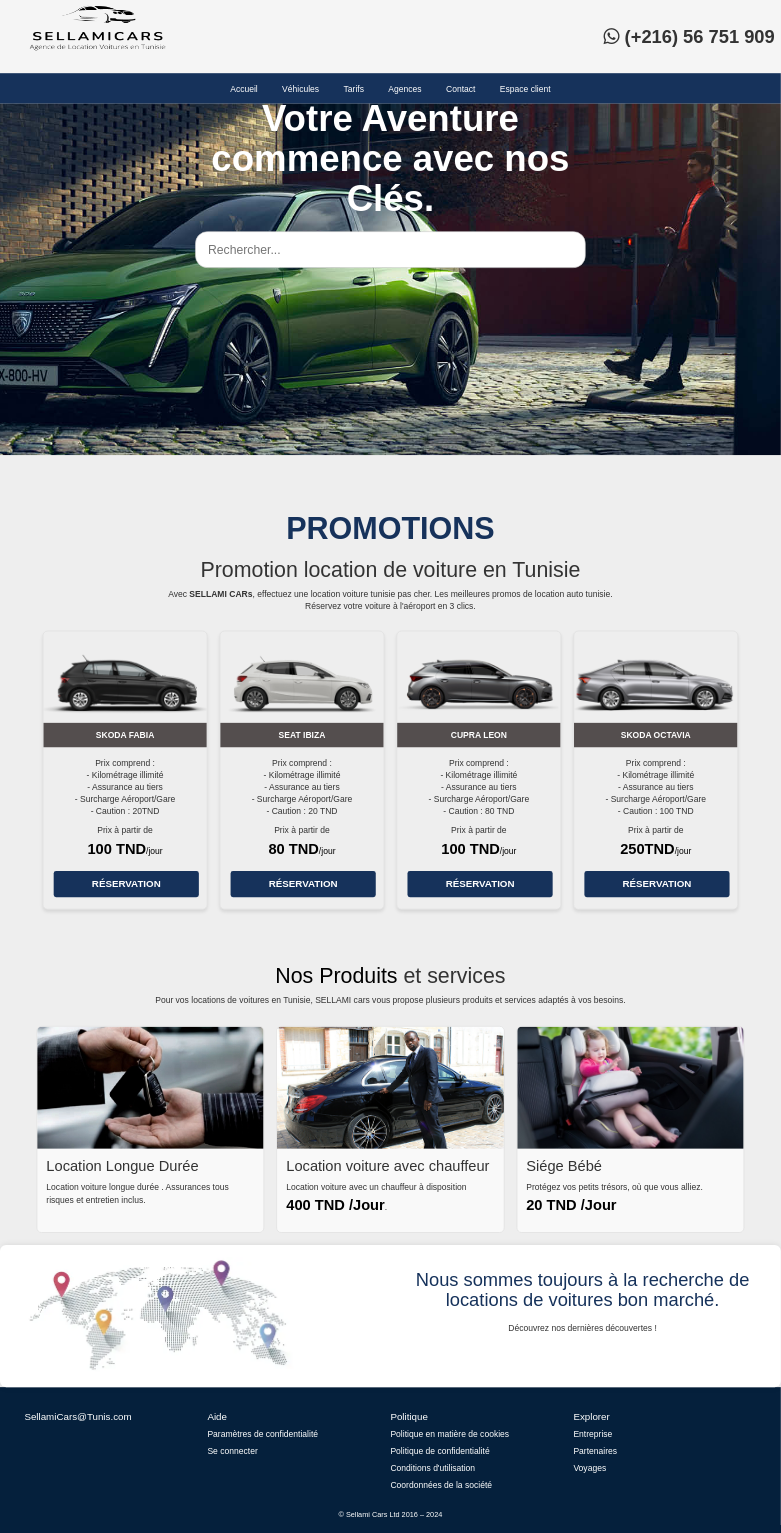
Repository: Mohamed-Ali-Sellami/Location_Voitures
Page: / (app in client/)
The author's editor kept a copy of each file at every save. The page is drawn from the files as they stood at one save, then again after the next save.
The browser window is 1280 px wide. The pictures show the whole page, at 61% of full size.
The page's requests for data from a server got no answer. Some web libraries are served in a nearby version. The project was rebuilt for these pictures with package versions that can differ from the ones it lists, and the page was loaded fresh each time. No one was signed in, and anything a server would have sent is missing. Also part of the build but not shown: client/src/components/Register.js, client/src/components/Login.js, client/src/routes/PrivateRoute.js, client/src/components/Agences.js, client/src/components/styles/Voitures.css, client/src/components/Cart.js, client/src/components/Voitures.js, client/src/components/styles/Taarifs.css and 2 more. Imported but missing from the stored project, and not drawn on this page: client/src/components/Profil.

Above is the page before, as saved 2024-10-01 16:21:35.

### client/public/index.html
<!DOCTYPE html>
<html lang="en">
  <head>
    <meta charset="utf-8" />
    <link rel="icon" href="%PUBLIC_URL%/favicon.ico" />
    <meta name="viewport" content="width=device-width, initial-scale=1" />
    <meta name="theme-color" content="#000000" />
    <meta
      name="description"
      content="Web site created using create-react-app"
    />
    <link
      rel="stylesheet"
      href="https://netdna.bootstrapcdn.com/bootstrap/3.0.2/css/bootstrap.min.css"
    />
    <link rel="stylesheet" href="https://cdnjs.cloudflare.com/ajax/libs/font-awesome/6.6.0/css/all.min.css" />
    <link rel="apple-touch-icon" href="%PUBLIC_URL%/logo192.png" />
    <!--
      manifest.json provides metadata used when your web app is installed on a
      user's mobile device or desktop. See https://developers.google.com/web/fundamentals/web-app-manifest/
    -->
    <link rel="manifest" href="%PUBLIC_URL%/manifest.json" />
    <!--
      Notice the use of %PUBLIC_URL% in the tags above.
      It will be replaced with the URL of the `public` folder during the build.
      Only files inside the `public` folder can be referenced from the HTML.

      Unlike "/favicon.ico" or "favicon.ico", "%PUBLIC_URL%/favicon.ico" will
      work correctly both with client-side routing and a non-root public URL.
      Learn how to configure a non-root public URL by running `npm run build`.
    -->
    <title>Location_Voiture</title>
  </head>
  <body>
    <noscript>You need to enable JavaScript to run this app.</noscript>
    <div id="root"></div>
    <!--
      This HTML file is a template.
      If you open it directly in the browser, you will see an empty page.

      You can add webfonts, meta tags, or analytics to this file.
      The build step will place the bundled scripts into the <body> tag.

      To begin the development, run `npm start` or `yarn start`.
      To create a production bundle, use `npm run build` or `yarn build`.
    -->
  </body>
</html>

### client/src/index.js
import React from "react";
import ReactDOM from "react-dom";
import "./index.css";
import App from "./App";
import reportWebVitals from "./reportWebVitals";
import { BrowserRouter } from "react-router-dom";
import { Provider } from "react-redux";
import { store } from "./JS/store";
ReactDOM.render(
  <React.StrictMode>
    <Provider store={store}>
      <BrowserRouter>
        <App />
      </BrowserRouter>
    </Provider>
  </React.StrictMode>,
  document.getElementById("root")
);

// If you want to start measuring performance in your app, pass a function
// to log results (for example: reportWebVitals(console.log))
// or send to an analytics endpoint. Learn more: https://bit.ly/CRA-vitals
reportWebVitals();

### client/src/App.js

import "./App.css";
import { Routes, Route, useNavigate } from "react-router-dom";
import Register from "./components/Register";
import Login from "./components/Login";
import { useEffect } from "react";
import { useDispatch } from "react-redux";
import { logout, userCurrent } from "./JS/userSlice";
import Profil from "./components/Profil";
import PrivateRoute from "./routes/PrivateRoute";
import Home from "./components/Home";
import Agences from "./components/Agences";
import Voitures from "./components/Voitures";
import { getcar } from "./JS/carSlice";
import Taarifs from "./components/Taarifs";
import ContactUs from "./components/ContactUs";

function App() {
  const isAuth = localStorage.getItem("token");
  const dispatch = useDispatch();
  const navigate = useNavigate();


  useEffect(() => {
    if (isAuth) {
      dispatch(userCurrent());
    }

    dispatch(getcar());

  }, []);






  return (
    <div className="App">
      {/* <div className="header">
        <h1>Auth workshop</h1>
        {isAuth ? (
          <button
            onClick={() => {
              dispatch(logout());
              navigate("/");
            }}
          >
            Logout
          </button>
        ) : null}
      </div> */}

      <Routes>
        <Route exact path="/" element={<Home />} />
        <Route path="/register" element={<Register />} />
        <Route path="/login" element={<Login />} />
        <Route path="/voitures"  element={<Voitures />} />
        <Route path="/agences" element={<Agences />} />
        <Route path="/tarifs" element={<Taarifs />} />
        <Route path="/contact" element={<ContactUs />} />






        <Route element={<PrivateRoute />}>
        <Route path="/profil" element={<Profil />} />


        </Route>{" "}
      </Routes>
    </div>
  );
}

export default App;

### client/src/JS/store.js
import { configureStore } from "@reduxjs/toolkit";
import userSlice from "./userSlice";
import carSlice from "./carSlice";

export const store = configureStore({
  reducer: { user: userSlice,car:carSlice},
});

### client/src/App.css
body {
  background: #eee !important;
}

.wrapper {
  margin-top: 80px;
  margin-bottom: 80px;

}

.form-signin {
  max-width: 380px;
  padding: 30px;
  margin: 0 auto;
  background-color: #fff;
  border: 1px solid rgba(0, 0, 0, 0.1);
}

.form-signin input {

padding: 5px;
margin: 5px;

}
.checkbox {
  font-weight: normal;
}

.form-control {
  position: relative;
  font-size: 16px;
  height: auto;
  padding: 10px;
}

input[type="text"] {
  margin-bottom: -1px;
  border-bottom-left-radius: 0;
  border-bottom-right-radius: 0;
}

input[type="password"] {
  margin-bottom: 20px;
  border-top-left-radius: 0;
  border-top-right-radius: 0;
}

.header {
  width: 100%;
  height: 150px;
  background-color:#16325B(47, 101, 187);
  display: flex;
  justify-content: center;
  align-items: center;
  color: white;
}

### client/src/components/Home.js
import React from 'react'
import Navbar from './Navbar'
import Banniere from './Banniere'
import Section1 from './Section1'
import Section2 from './Section2'
import Section3 from './Section3'
import Footer from './Footer'


const Home = () => {
  return (
    <div>
      <Navbar/>
      <Banniere/>
      <Section1/>
      <Section2/>
      <Section3/>
      <Footer/>



    </div>
  )
}

export default Home

### client/src/JS/carSlice.js
import { createAsyncThunk, createSlice } from '@reduxjs/toolkit'
import axios from 'axios'


/////////////////////////GET/////////////////////////////////////
export const getcar=createAsyncThunk('/getcar',async()=> {

try {

 let resultat= axios.get('http://localhost:5600/car/all')
 return await resultat;

} catch (error) {
    console.log(error)
}
})
/////////////////////////ADD//////////////////////////////////////////
export const addcar=createAsyncThunk('/addcar',async(newcar)=> {

  try {

   let resultat= axios.post('http://localhost:5600/car/add',newcar)
   return await resultat;

  } catch (error) {
      console.log(error)
  }
  })
//////////////////////delete////////////////////////////////////////

export const deletecar=createAsyncThunk('/deletecar',async(id)=> {

  try {

   let resultat= axios.delete(`http://localhost:5600/car/${id}`)
   return await resultat;

  } catch (error) {
      console.log(error)
  }
  })
///////////////////////////update////////////////////////////////
export const updatecar=createAsyncThunk('/updatecar',async({id,upcar})=> {

  try {

   let resultat= axios.put(`http://localhost:5600/car/${id}`,upcar)
   return await resultat;

  } catch (error) {
      console.log(error)
  }
  })


const initialState = {
    car:null,
    status:null ,

}

export const carSlice = createSlice({
  name: 'tasks',
  initialState,
  reducers: {},
  extraReducers: (builder) => {
builder

//get
.addCase (getcar.pending , (state) => {
state.status ="pending";
})

.addCase (getcar.fulfilled, (state,action) => {
state.status ="success"
state.car=action.payload?.data?.car ;
})

.addCase(getcar.rejected , (state) => {

    state.status="fail";
})

//add
.addCase (addcar.pending , (state) => {
  state.status ="pending";
  })

  .addCase (addcar.fulfilled, (state) => {
  state.status ="success"

  })

  .addCase(addcar.rejected , (state) => {

      state.status="fail";
  })

  //delete

  .addCase (deletecar.pending , (state) => {
    state.status ="pending";
    })

    .addCase (deletecar.fulfilled, (state) => {
    state.status ="success"

    })

    .addCase(deletecar.rejected , (state) => {

        state.status="fail";
    })

    //Update
    .addCase (updatecar.pending , (state) => {
      state.status ="pending";
      })

      .addCase (updatecar.fulfilled, (state) => {
      state.status ="success"

      })

      .addCase(updatecar.rejected , (state) => {

          state.status="fail";
      })





  }
})

// Action creators are generated for each case reducer function
export const {} = carSlice.actions

export default carSlice.reducer

### client/src/components/Navbar.js
import React from 'react'
import './styles/Navbar.css'
import { Link } from 'react-router-dom'
import imagelogo from "./images/logo.png"
const Navbar = () => {
  return (
    <div>
       <header>
        <div className="logo">
        <img src={imagelogo} alt="logo"/>
         </div>

        <div className="contact"> <i class="fa-brands fa-whatsapp"></i>  (+216)  56 751 909</div>
    </header>

    <nav>
        <ul>
        <Link to="/"><li>Accueil</li> </Link>
            <Link to="/voitures">  <li>Véhicules</li></Link>
            <Link to="/tarifs"> <li>Tarifs</li> </Link>
         <Link to="/agences"> <li>Agences</li></Link>
         <Link to="/contact">  <li>Contact</li></Link>
            <Link to="/login"><li>Espace client</li></Link>
        </ul>
    </nav>

    </div>
  )
}

export default Navbar

### client/src/components/Banniere.js
import React from 'react'
import './styles/Banniere.css'
import image from './images/banniere.jpg'
const Banniere = () => {
  return (
    <div>
      <div class="car-image">
            <img src={image} alt="Voiture de location"/>


            <div class="banner">
            <h1>Votre Aventure commence avec nos Clés.</h1>
      <div class="search-container">
        <input type="text" placeholder="Rechercher..." />
        <button>
          <i class="fa fa-search"></i>
        </button>
      </div>
    </div>


        </div>

    </div>
  )
}

export default Banniere

### client/src/components/Section2.js
import React from 'react'
import './styles/Section2.css'
import img1 from './images/longueduree.jpg'
import img2 from './images/choffeur.jpg'
import img3 from './images/siegebebe.jpg'

const Section2 = () => {
  return (
    <div class="section2">

<h1><span>Nos Produits</span> et services</h1>
    <p class="subtitle">Pour vos locations de voitures en Tunisie, SELLAMI cars vous propose plusieurs produits et services adaptés à vos besoins.</p>

    <div class="products-grid">
        <div class="product-card">
            <img src={img1} alt="Location Longue Durée" class="product-image"/>
            <div class="product-info">
                <h3>Location Longue Durée</h3>
                <p>Location voiture longue durée . Assurances tous risques et entretien inclus.</p>
            </div>
        </div>

        <div class="product-card">
            <img src={img2} alt="Location voiture avec chauffeur" class="product-image"/>
            <div class="product-info">
                <h3>Location voiture avec chauffeur</h3>
                <p>Location voiture avec un chauffeur à disposition  <br/> <span class="price">400 TND /Jour</span>.</p>
            </div>
        </div>

        <div class="product-card">
            <img src={img3} alt="GPS" class="product-image"/>
            <div class="product-info">
                <h3>Siége Bébé</h3>
                <p>Protégez vos petits trésors, où que vous alliez. <br/> <span class="price">20 TND /Jour</span></p>
            </div>
        </div>
    </div>

    </div>
  )
}

export default Section2

### client/src/components/Section3.js
import React from 'react'
import './styles/Section3.css'
import image33 from './images/section3.webp'
const Section3 = () => {
  return (
    <div>
      <div className='section3'>
    <div class="container3">
        <div class="map">
            <img src={image33} alt="World Map"/>
        </div>
        <div class="text33">
            <h2>Nous sommes toujours à la recherche de locations de voitures bon marché.</h2>
            <p>Découvrez nos dernières découvertes !</p>
        </div>
    </div>
</div>
    </div>
  )
}

export default Section3

### client/src/components/Footer.js
import React from 'react'
import { Link } from 'react-router-dom'
import './styles/Footer.css'

const Footer = () => {
  return (
    <div>

      <div className='body'>
    <footer class="footer">
        <div class="footer-content">
            <div class="footer-column">
                <h3 class="contactt">SellamiCars@Tunis.com</h3>
            </div>
            <div class="footer-column">
                <h3>Aide</h3>
                <ul>
                    <li><a href="#">Paramètres de confidentialité</a></li>
                    <Link to="/login">   <li><a href="#">Se connecter</a></li> </Link>
                </ul>
            </div>
            <div class="footer-column">
                <h3>Politique</h3>
                <ul>
                    <li><a href="#">Politique en matière de cookies</a></li>
                    <li><a href="#">Politique de confidentialité</a></li>
                    <li><a href="#">Conditions d'utilisation</a></li>
                    <li><a href="#">Coordonnées de la société</a></li>
                </ul>
            </div>
            <div class="footer-column">
                <h3>Explorer</h3>
                <ul>
                    <li><a href="#">Entreprise</a></li>
                    <li><a href="#">Partenaires</a></li>
                    <li><a href="#">Voyages</a></li>
                </ul>
            </div>
        </div>
        <div class="footer-bottom">
            © Sellami Cars Ltd 2016 – 2024
        </div>
    </footer>
</div>


    </div>
  )
}

export default Footer

### client/src/components/styles/Agences.css
.contentagences {
    font-family: Arial, sans-serif;
    margin: 0;
    padding: 0;
    background-color: #f0f0f0;
    width: 100%;
}
.titleagences {
    background-color: #16325B;
    color: white;
    text-align: center;
    padding: 20px;
}
.containeragences {
    max-width: 2000px;
    margin: 0 auto;
    padding: 0px;

}
.contentagences {
    background-color: white;
    padding: 20px;
    box-shadow: 0 0 10px rgba(0,0,0,0.1);


}
h2 {
    color: #16325B;
}
.agency {
    margin-bottom: 20px;
    border-bottom: 1px solid #e0e0e0;
    padding-bottom: 15px;
}
.contact-infoagences {
    margin-top: 10px;
}

### client/src/components/styles/ContactUs.css
* {
    margin: 0;
    padding: 0;
    box-sizing: border-box;
  }

  body {
    font-family: Arial, sans-serif;
    background-color: #f4f4f4;
  }

  .contact-container {
    background-color: #fff;
    padding: 40px;
    border-radius: 10px;
    box-shadow: 0 2px 10px rgba(0, 0, 0, 0.1);
    width: 1000px;
    max-width: 100%;
    margin: 50px auto;
  }

  .contact-title {
    text-align: center;
    margin-bottom: 30px;
    margin-top: 20px;
    color: #16325B;
  }

  form {
    display: flex;
    flex-direction: column;
  }

  label {
    margin-bottom: 8px;
    font-weight: bold;
    color: #333;
    padding-top: 15px;
  }

  input, textarea {
    margin-bottom: 15px;
    padding: 10px;
    font-size: 16px;
    border: 1px solid #ccc;
    border-radius: 5px;
  }

  input:focus, textarea:focus {
    border-color: #16325B;
    outline: none;
  }

  button {
    padding: 10px 15px;
    font-size: 18px;
    background-color: #16325B;
    color: #fff;
    border: none;
    border-radius: 5px;
    cursor: pointer;
  }

  button:hover {
    background-color: #0056b3;
  }

### client/src/components/styles/Navbar.css
header {
    background-color: #F5F5F5;
    padding: 10px;
    display: flex;
    justify-content: space-between;
    align-items: center;
    height: 120px;
}
nav {
    background-color: #16325B;
    color: white;
    display: flex;
    justify-content: space-around;

}
.logo h1 span {
font-weight: bold;
}
.logo img {
    height: 240px;
    width:300px;
    padding: 25px;
    font-size: 20px;
}
nav ul {
    list-style-type: none;
    padding: 0;
    margin: 0;
    display: flex;
}
nav ul li {
    padding: 15px 20px;
    color: white;
    text-decoration: none;

}
.logo {
    font-weight: bold;
}

.logo span {
    color: #16325B;
    height: 20px;
    font-size: 40px;
}
.contact {
    font-weight: bold;
    font-size: 30px;
}

### client/src/components/styles/Banniere.css
.car-image{
  width: 100%;
  height: 100%;}

.car-image img {
    width: 100%;
    height: 80vh;
    object-fit: cover;

}

.search-container {
    display: flex;
    align-items: center;
    background-color: white;
    border: 1px solid #ccc;
    border-radius: 20px;
    padding: 5px 10px;
  }

  .search-container input {
    border: none;
    outline: none;
    font-size: 20px;
    flex-grow: 1;
  }

  .search-container button {
    background-color: transparent;
    border: none;
    outline: none;
    cursor: pointer;
  }
  .banner {
    position: absolute;
    top: 80%;
    left: 50%;
    transform: translate(-50%, -50%);
    text-align: center;
    width: 50%;
  }
  .banner h1 {
    color: white;
    font-size: 6rem;
    font-weight: bold;
    margin-bottom: 20px;
  }

### client/src/components/styles/Section1.css
.container {
    max-width:1200px;
    max-height: 1000px;
    margin-top:500px ;
    padding-top : auto;

}
.container h2 {
 font-size: 50px;
 font-weight: bold;

}
h1, h2 {
    text-align: center;
}
.description {
    text-align: center;
    margin-bottom: 30px;
}
.car-grid {
    display: grid;
    grid-template-columns: repeat(auto-fit, minmax(250px, 1fr));
    gap: 20px;
}
.car-card {
    border: 1px solid #ddd;
    border-radius: 8px;
    overflow: hidden;
    box-shadow: 0 4px 6px rgba(0, 0, 0, 0.1);
    margin-bottom: 50px;
}
.car-image {
    width: 100%;
    height: 150px;
    object-fit: cover;
}
.car-name {
    background-color: #333;
    color: white;
    padding: 10px;
    text-align: center;
    font-weight: bold;
}
.car-price {
    padding: 15px;
    text-align: center;
}
.price-label {
    font-size: 14px;
    margin-bottom: 5px;
}
.price {
    font-size: 24px;
    font-weight: bold;
    margin-bottom: 15px;
}
.price span {
    font-size: 14px;
    font-weight: normal;
}
.reservation-btn {
    background-color:#16325B;
    border: none;
    color: white;
    padding: 10px 15px;
    text-align: center;
    text-decoration: none;
    display: inline-block;
    font-size: 16px;
    margin: 4px 2px;
    cursor: pointer;
    border-radius: 4px;
    width: 100%;
    font-weight: bold;
}

### client/src/components/styles/Section2.css

.section2 {

    font-family: Arial, sans-serif;
            line-height: 1.6;
            color: #333;
            max-width: 1200px;
            margin: 0 auto;
            padding: 20px;
}
h1 {
    text-align: center;
    font-size: 2.5em;
}
h1 span {
    color: black;
}
.subtitle {
    text-align: center;
    margin-bottom: 30px;
}
.products-grid {
    display: grid;
    grid-template-columns: repeat(auto-fit, minmax(300px, 1fr));
    gap: 20px;
}
.product-card {
    border: 1px solid #ddd;
    border-radius: 8px;
    overflow: hidden;
    background-color: #f9f9f9;
}
.product-image {
    width: 100%;
    height: 200px;
    object-fit: cover;
}
.product-info {
    padding: 15px;
}
.product-info h3 {
    margin-top: 0;
}
.price {
    color: black;
    font-weight: bold;
}

### client/src/components/styles/Section3.css
.section3 {
    font-family: Arial, sans-serif;
    display: flex;
    justify-content: center;
    align-items: center;
    height: 100%;
    width: 100%;
    margin: 0;
    background-color: #f0f0f0;
}
.container3 {
    display: flex;
    max-width: 1400px;
    background-color: white;
    padding: 20px;
    border-radius: 10px;
    box-shadow: 0 0 10px rgba(0,0,0,0.1);
}
.map {
    flex: 1;
    position: relative;
}
.map img {
    width: 80%;
    height: auto;
}
.marker {
    width: 10px;
    height: 10px;
    border-radius: 50%;
    position: absolute;
}
.text33 {
    flex: 1;
    padding-left: 20px;
    text-align: center;
}
h2 {
    color: #333;
    margin-bottom: 20px;
}

### client/src/components/styles/Footer.css
.body {
    margin: 0;
    padding: 0;
    font-family: Arial, sans-serif;
}
.footer {
    background-color: #05203c;
    color: #fff;
    padding: 20px;
}
.footer-content {
    display: flex;
    justify-content: space-between;
    max-width: 1200px;
    margin: 0 auto;
}
.footer-column {
    flex: 1;
}
.footer-column h3 {
    font-size: 16px;
    margin-bottom: 10px;
}
.footer-column ul {
    list-style-type: none;
    padding: 0;
}
.footer-column ul li {
    margin-bottom: 8px;
}
.footer-column ul li a {
    color: #fff;
    text-decoration: none;
    font-size: 14px;
}
.footer-bottom {
    text-align: center;
    margin-top: 20px;
    font-size: 12px;
}
.language-selector {
    font-weight: bold;
}

### client/src/components/styles/Card.css
h1, h2 {
    text-align: center;
}
.description {
    text-align: center;
    margin-bottom: 30px;
}

.car-card {
display: grid;
    border: 1px solid #ddd;
    border-radius: 8px;
    overflow: hidden;
    box-shadow: 0 4px 6px rgba(0, 0, 0, 0.1);
}
.car-image {
    width: 100%;
    height: 150px;
    object-fit: cover;
    position: relative;
}
.car-name {
    background-color:rgb(84, 78, 78);
    color: white;
    padding: 10px;
    text-align: center;
    font-weight: bold;
}
.car-price {
    padding: 15px;
    text-align: center;
}
.price-label {
    font-size: 14px;
    margin-bottom: 5px;
}
.price {
    font-size: 24px;
    font-weight: bold;
    margin-bottom: 15px;
}
.price span {
    font-size: 14px;
    font-weight: normal;
}
.reservation-btn {
    background-color:#16325B;
    border: none;
    color: white;
    padding: 10px 15px;
    text-align: center;
    text-decoration: none;
    display: inline-block;
    font-size: 16px;
    margin: 4px 2px;
    cursor: pointer;
    border-radius: 4px;
    width: 100%;
    font-weight: bold;
}
.dispo  {
position: absolute;
margin-left: 200px;
background: green;
padding: 5px;
border-radius: 10px 100px / 120px; }

Loaded but not shown: client/src/index.css (common file); client/src/reportWebVitals.js (common file); client/src/components/Section1.js (82 lines, source omitted); client/src/JS/userSlice.js (no copy from this time; the picture is the same without it)

After the next save:
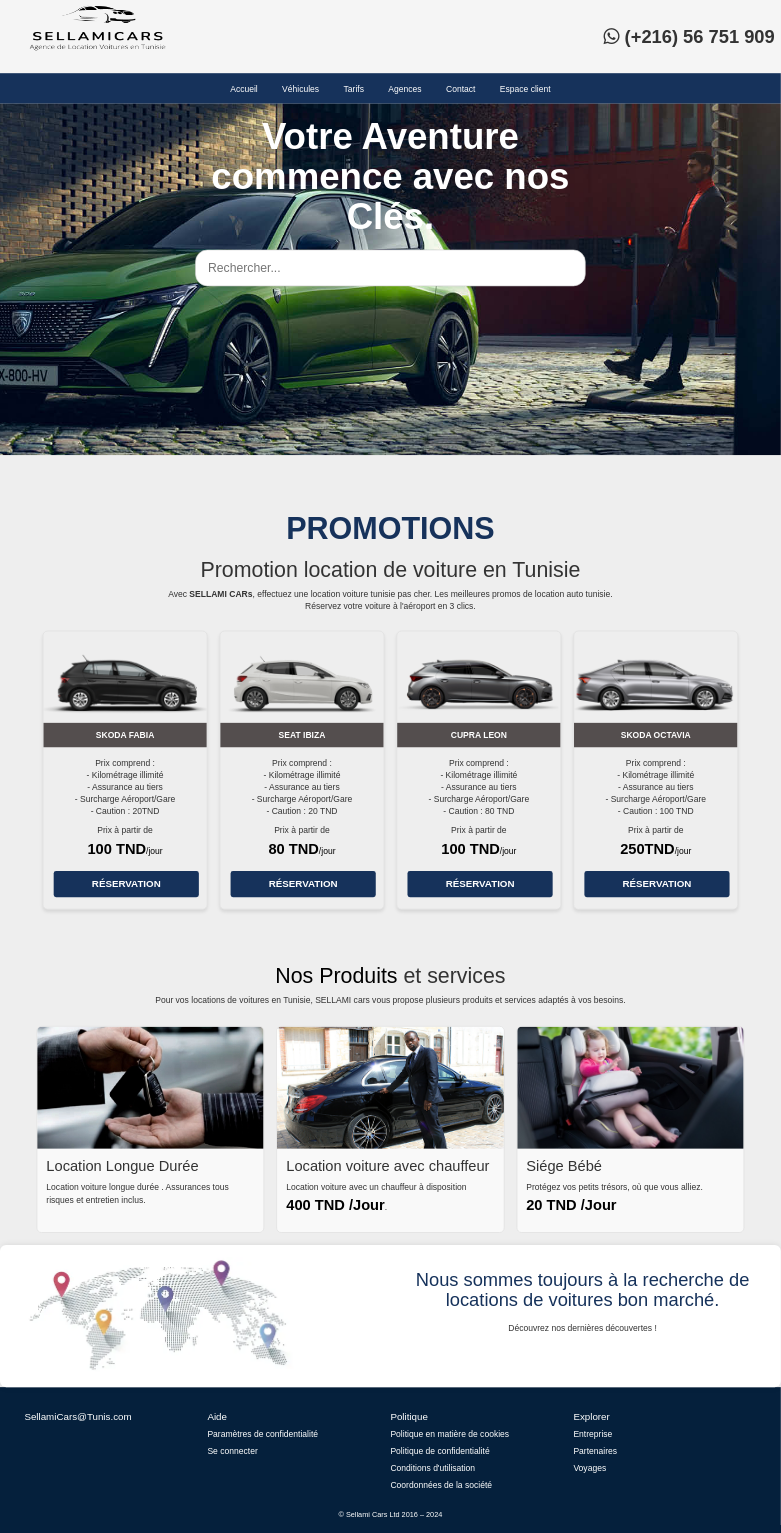
Saved 22 s later.
--- a/client/src/components/styles/Banniere.css
+++ b/client/src/components/styles/Banniere.css
@@ -33,7 +33,7 @@
   }
   .banner {
     position: absolute;
-    top: 80%;
+    top: 100%;
     left: 50%;
     transform: translate(-50%, -50%);
     text-align: center;
